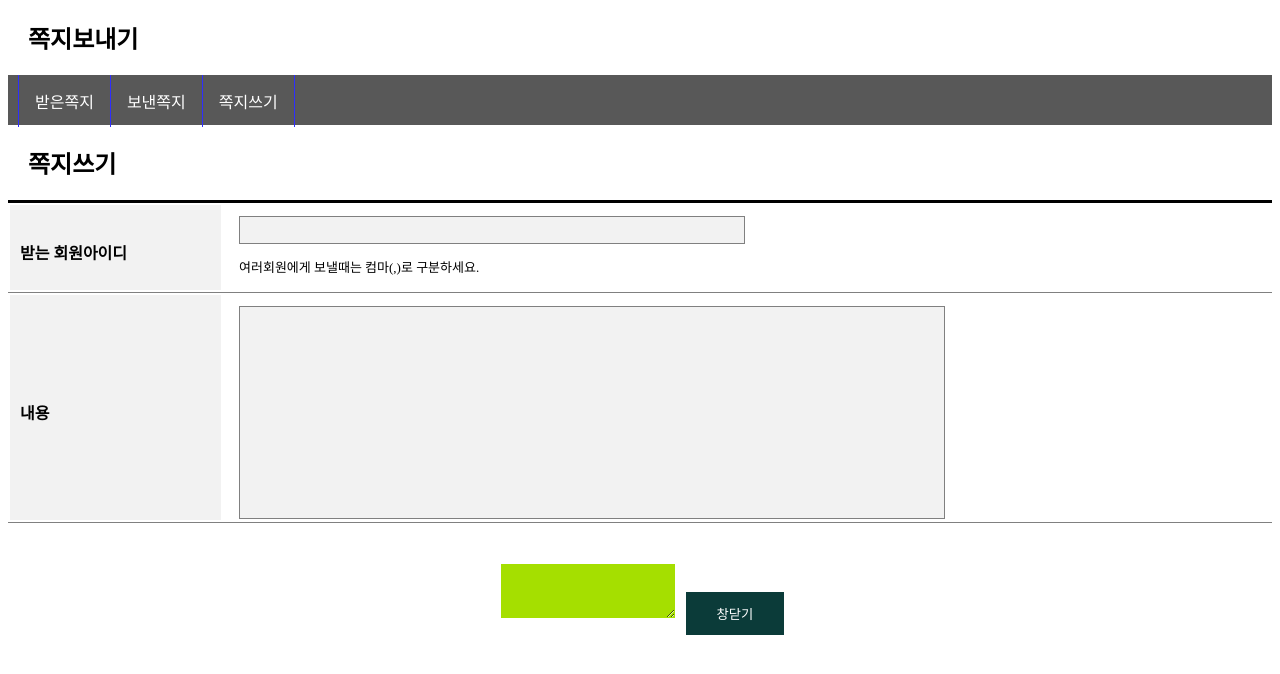
Repository: ks12b0000/JSP-School-Class
Page: chap10_JSP/src/main/webapp/Test/sendMessage.html
An editor plug-in stored every save of this project. The page is shown before and after the next save, followed by the edit.
The browser window is 1280 px wide. The pictures show the whole page.

Above is the page before, as saved 2022-06-04 11:59:35.

After the next save:
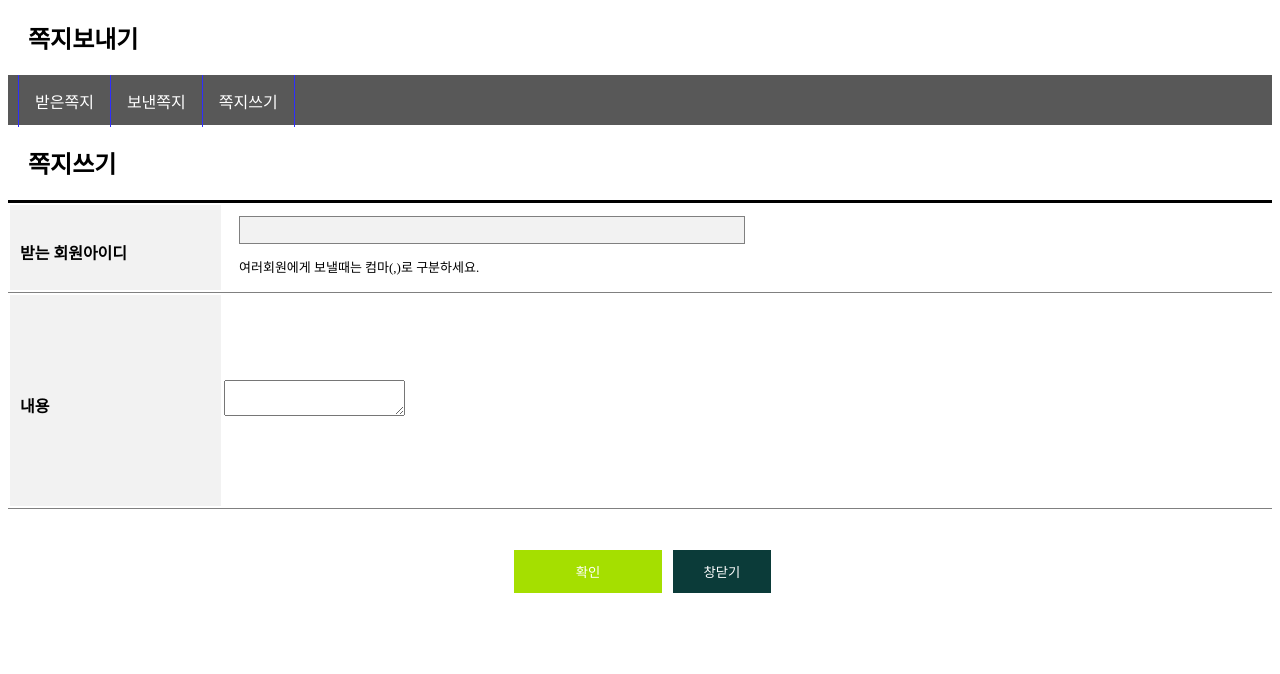
Saved 14 s later.
--- a/chap10_JSP/src/main/webapp/Test/sendMessage.html
+++ b/chap10_JSP/src/main/webapp/Test/sendMessage.html
@@ -25,11 +25,11 @@
 	<table class="Profile4">
 		<tr>
 			<th id="id13"><strong>내용</strong></th>
-			<td><input type="text" /></td>
+			<td><textarea type="text" ></textarea></td>
 		</tr>
 	</table>
 	<div class="button12">
-		<a href="#"><textarea id="Confirm12" type="button" value="확인" ></textarea></a>
+		<a href="#"><input id="Confirm12" type="button" value="확인" /></a>
 		<a href="messageBox.html"><input id="close12" type="button" value="창닫기" /></a>
 	</div>
 </body>
